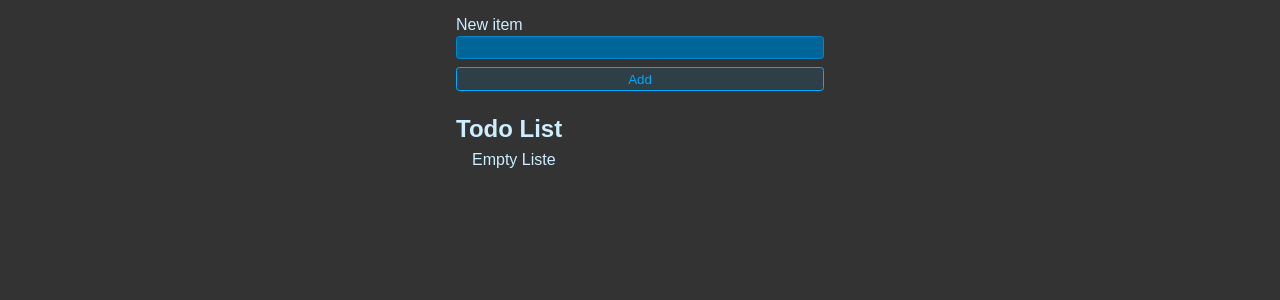
Repository: sinarinzifabrice/ToDoList
Page: /
The author's editor kept a copy of each file at every save. The page is drawn from the files as they stood at one save, then again after the next save.
The browser window is 1280 px wide. The pictures show the whole page.
The project was rebuilt for these pictures with package versions that can differ from the ones it lists, and the page was loaded fresh each time. Also part of the build but not shown: vite.config.js.

Above is the page before, as saved 2023-12-19 22:26:45.

### src/App.jsx
import { useImperativeHandle, useState } from "react"
import "./styles.css"
import { NewTodoForm } from "./NewTodoForm";

export default function App(){

  const [todos, setTodos] = useState([]);

  function addTodo(title){

    setTodos(currentTodos => {
      return [
        ...currentTodos,
        {id: crypto.randomUUID(),
        title, completed: false},
      ]
    })

  }

  function toggleTodo(id, completed){
    setTodos(currentTodos => {
      return currentTodos.map( todo =>{
        if(todo.id === id){
          return {...todo, completed }
        }
        return todo
      })
    } )
  }

  function deleteTodo(id){
    setTodos(currentTodos =>{
      return currentTodos.filter(todo => todo.id !== id)
    })
  }

  return (
        <>
          <NewTodoForm onSubmit={addTodo} />
          <h1 className="header">Todo List</h1>
          <ul className="list">
          {todos.length === 0 && "Empty Liste"}
            {todos.map( todo => {
              return(<li key={todo.id}>
                <label>
                  <input type="checkbox"
                  onChange={e => toggleTodo(todo.is, e.target.checked)}
                  checked={todos.completed}/>
                  {todo.title}
                  <button onClick={()=> deleteTodo(todo.id)} className="btn btn-danger">Delete</button>
                </label>
              </li>)

            })}

          </ul>
        </>
  )
}

### src/NewTodoForm.jsx
import {useState} from 'react'




export function NewTodoForm({onSubmit}) {

  const [newItem, setnewItem] = useState("");

  function handleSubmit(e){
    e.preventDefault();

    if(newItem === "") return

    onSubmit(newItem)
    setnewItem("");
  }


  return (
    <form onSubmit={handleSubmit} className="new-item-form">
        <div className="form-row">
            <label htmlFor="item">New item</label>
            <input type="text"
            value={newItem}
            onChange={e => setnewItem(e.target.value)}
            id="item"/>
        </div>
        <button className="btn">Add</button>
    </form>
  )
}

Loaded but not shown: index.html (common file); src/main.jsx (common file); src/styles.css (common file)

After the next save:
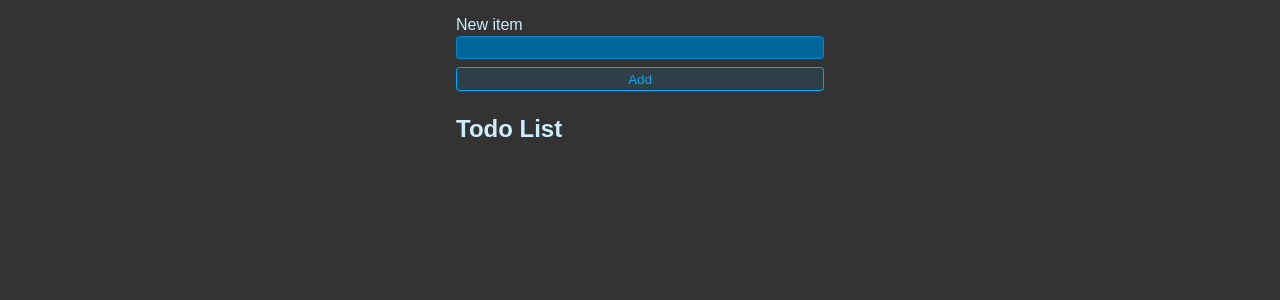
Saved 31 s later.
--- a/src/App.jsx
+++ b/src/App.jsx
@@ -39,22 +39,7 @@ export default function App(){
         <>
           <NewTodoForm onSubmit={addTodo} />
           <h1 className="header">Todo List</h1>
-          <ul className="list">
-          {todos.length === 0 && "Empty Liste"}
-            {todos.map( todo => {
-              return(<li key={todo.id}>
-                <label>
-                  <input type="checkbox"
-                  onChange={e => toggleTodo(todo.is, e.target.checked)}
-                  checked={todos.completed}/>
-                  {todo.title}
-                  <button onClick={()=> deleteTodo(todo.id)} className="btn btn-danger">Delete</button>
-                </label>
-              </li>)
 
-            })}
-
-          </ul>
         </>
   )
 }
